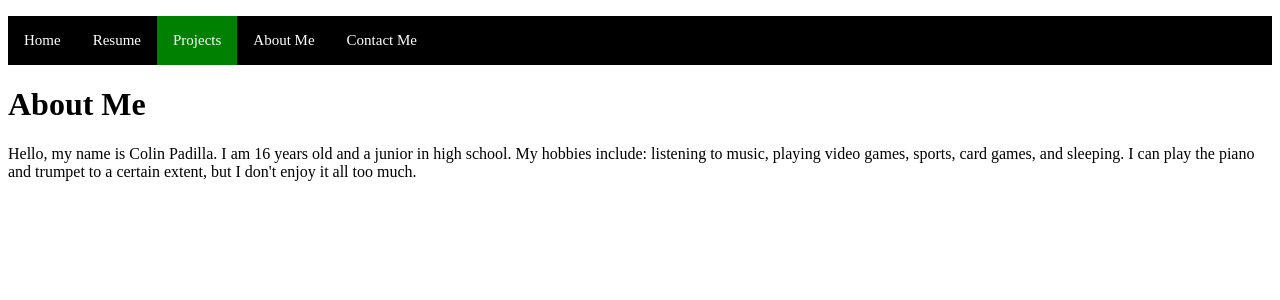
Repository: Coli-Pixel/Coli-Pixel.github.io
Page: about-me.html
The author's editor kept a record of every edit. The page is drawn from the files as they stood at one moment, then again after the next edit.
The browser window is 1280 px wide. The pictures show the whole page.

Above is the page before.

After the next edit:
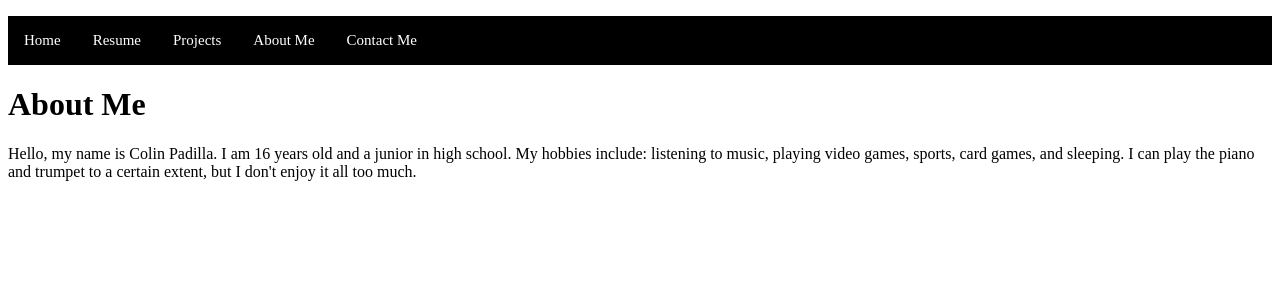
The edit:
--- a/about-me.html
+++ b/about-me.html
@@ -9,7 +9,7 @@
             <li ><a href="/index.html">Home</a></li>
             <li><a href="/resume.html">Resume</a></li>
             <li class = "dropdown">
-                <div class="active">Projects</div>
+                <div>Projects</div>
                 <ul class="dropdown-content">
                     <li><a href="#">Project 1</a></li>
                     <li><a href="#">Project 2</a></li>
